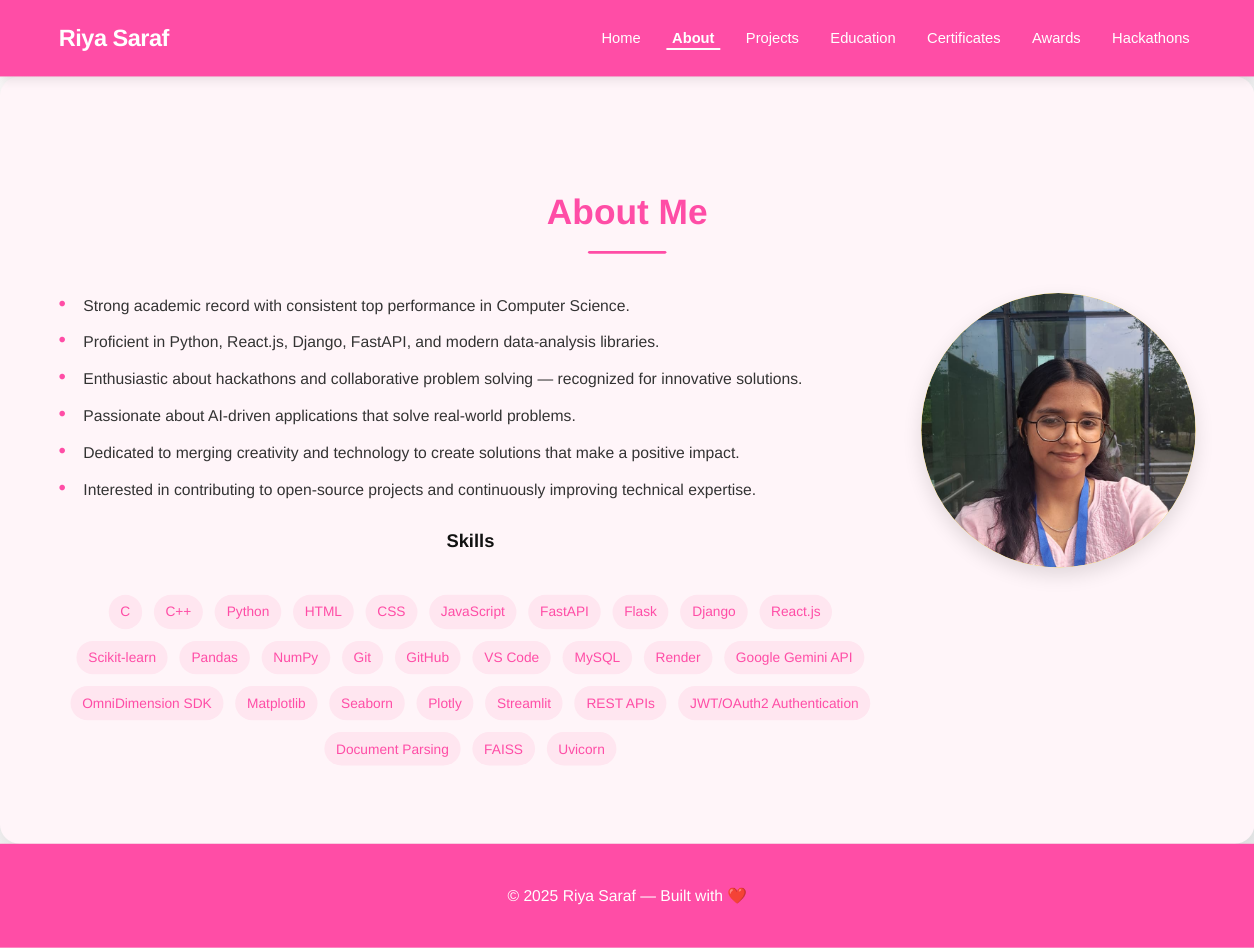
Repository: riyaaaa19/riya-portfolio
Page: /, after clicking the first element matching `nav > :nth-child(2)`
These files come from the project's save history. The page is drawn as it stood at one moment and after the next save; the edit follows.
The browser window is 1280 px wide. The pictures show the whole page, at 98% of full size.
The project was rebuilt for these pictures with package versions that can differ from the ones it lists, and the page was loaded fresh each time. Also part of the build but not shown: src/components/TimelineCard.js.

Above is the page before, as saved 2025-09-14 15:50:49.

After the next save:
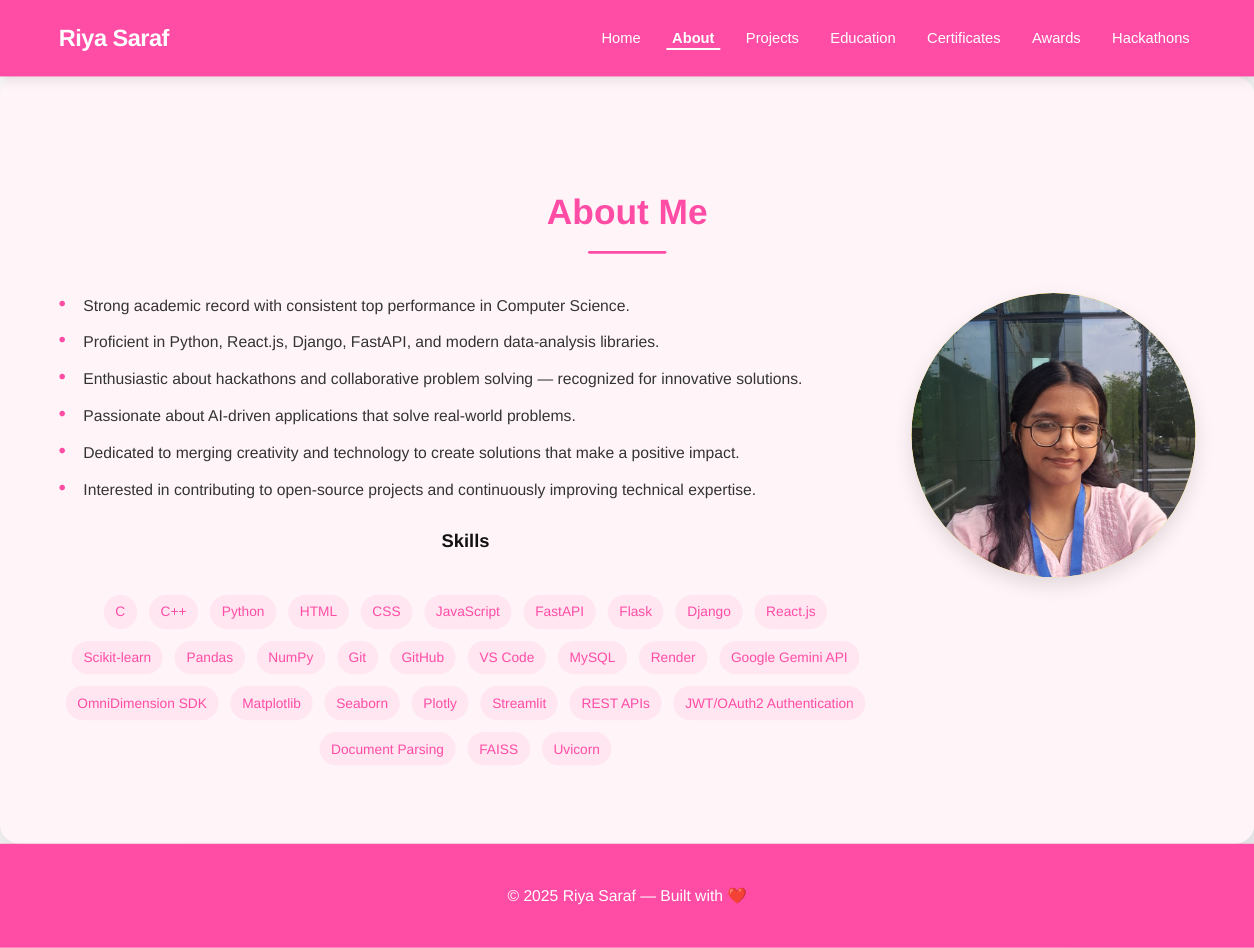
Saved 9 s later.
--- a/src/styles.css
+++ b/src/styles.css
@@ -488,8 +488,8 @@ footer {
 }
 
 .about-img .avatar-circle {
-    width: 280px;
-    height: 280px;
+    width: 290px;
+    height: 290px;
     margin: 0 auto;
     border-radius: 50%;
     overflow: hidden;
